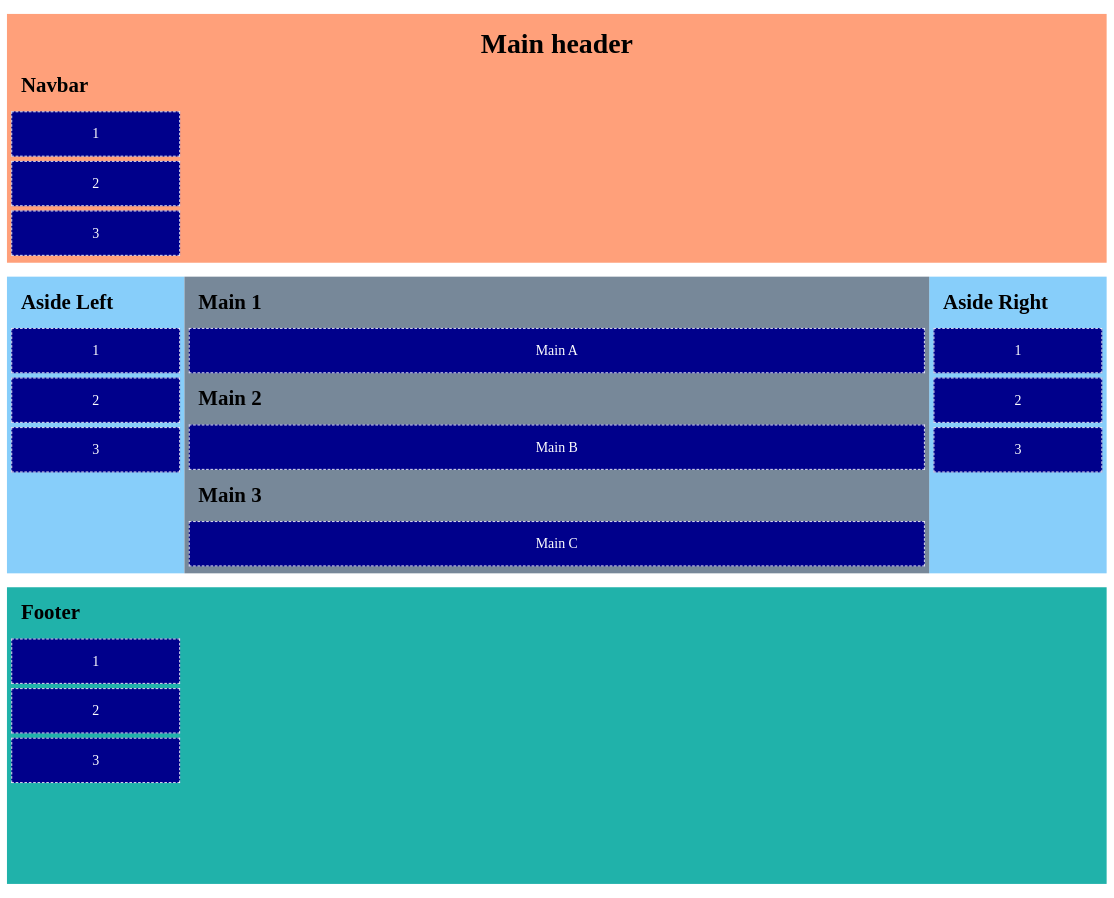
Repository: Colo-Codes/code-practice
Page: 02-css-practice-11-RWD.html
These files come from the project's save history. The page is drawn as it stood at one moment and after a run of saves; the edit follows.
The browser window is 1280 px wide. The pictures show the whole page, at 87% of full size.

Above is the page before, as saved 2021-06-07 09:19:52.

### 02-css-practice-11-RWD.html
<!DOCTYPE html>
<html lang="en">

<head>
    <meta charset="UTF-8">
    <meta http-equiv="X-UA-Compatible" content="IE=edge">
    <meta name="viewport" content="width=device-width, initial-scale=1.0">
    <title>Grid</title>
    <style>
        body * {
            margin: .5rem 0;
        }

        header {
            background-color: lightsalmon;
        }

        h1 {
            text-align: center;
        }

        aside {
            background-color: lightskyblue;
        }

        main {
            background-color: lightslategray;
        }

        footer {
            background-color: lightseagreen;
        }

        .div-box {
            width: 10rem;
            display: block;
            background-color: darkblue;
            color: white;
            text-align: center;
            border: 1px dashed white;
            padding: 1rem;
            margin: 5px;
        }

        h1,
        h2 {
            margin: 1rem;
        }

        .main-boxes {
            width: auto;
        }

        /* Grids */
        body {
            display: grid;
            grid-template-columns: 1fr 5fr 1fr;
            grid-template-rows: .2fr 1fr 1fr;
            grid-template-areas:
                "header header header"
                "left main right"
                "footer footer footer";
        }

        header {
            grid-area: header;
        }

        #aside-left {
            grid-area: left;
        }

        #aside-right {
            grid-area: right;
        }

        main {
            grid-area: main;
        }

        footer {
            grid-area: footer;
        }
    </style>
</head>

<body>
    <header>
        <h1>Main header</h1>
        <nav>
            <h2>Navbar</h2>
            <div id="flex-container-nav">
                <div class="nav-boxes div-box">1</div>
                <div class="nav-boxes div-box">2</div>
                <div class="nav-boxes div-box">3</div>
            </div>
        </nav>
    </header>
    <aside id="aside-left">
        <h2>Aside Left</h2>
        <div class="aside-boxes div-box">1</div>
        <div class="aside-boxes div-box">2</div>
        <div class="aside-boxes div-box">3</div>
    </aside>
    <aside id="aside-right">
        <h2>Aside Right</h2>
        <div class="aside-boxes div-box">1</div>
        <div class="aside-boxes div-box">2</div>
        <div class="aside-boxes div-box">3</div>
    </aside>
    <main>
        <section>
            <h2>Main 1</h2>
            <div class="main-boxes div-box">Main A</div>
        </section>
        <section>
            <h2>Main 2</h2>
            <div class="main-boxes div-box">Main B</div>
        </section>
        <section>
            <h2>Main 3</h2>
            <div class="main-boxes div-box">Main C</div>
        </section>
    </main>
    <footer>
        <h2>Footer</h2>
        <div id="flex-container-footer">
            <div class="footer-boxes div-box">1</div>
            <div class="footer-boxes div-box">2</div>
            <div class="footer-boxes div-box">3</div>
        </div>
    </footer>
</body>

</html>

After the next 3 saves:
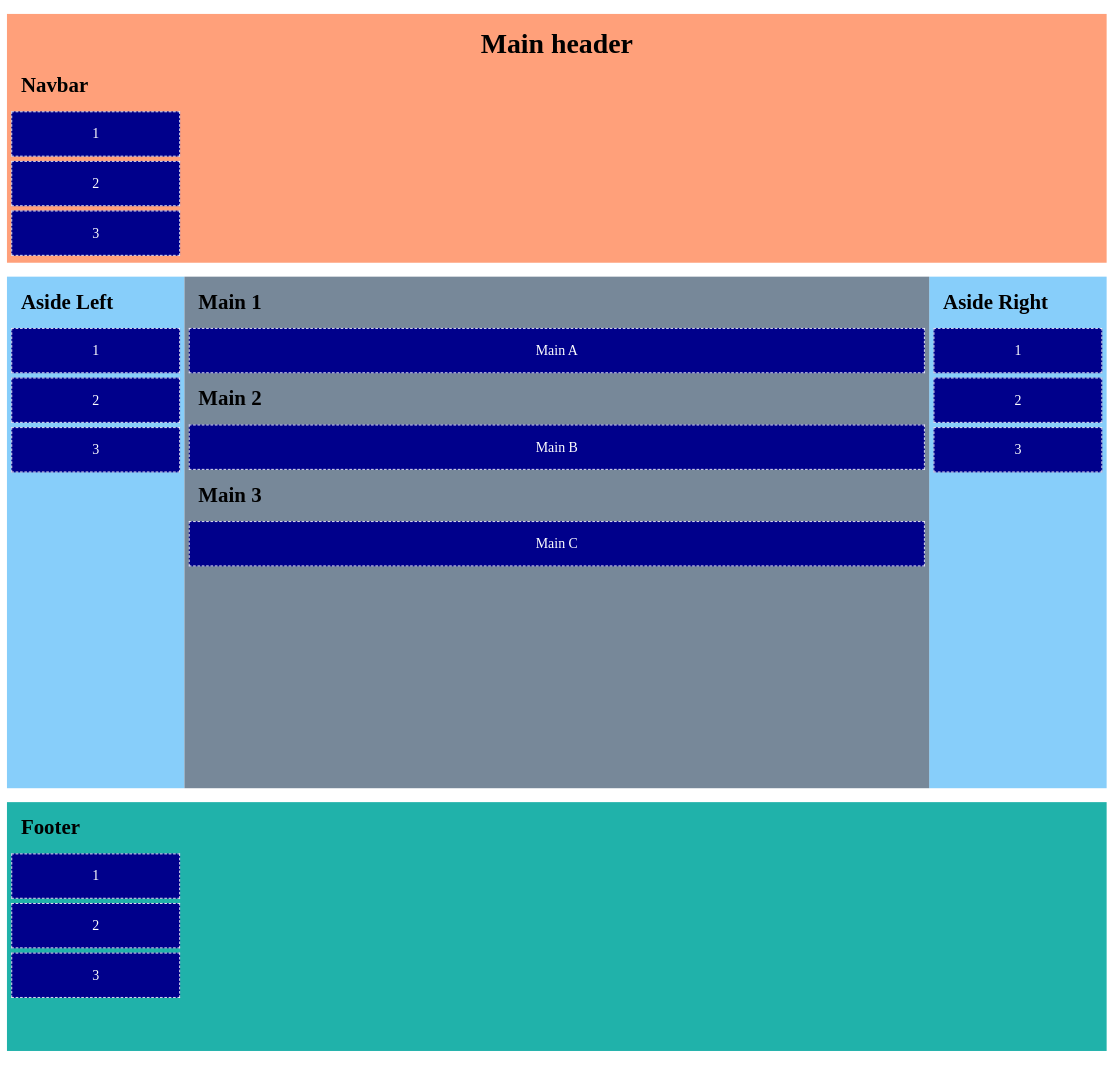
The 3 saves are shown as one change because they came seconds apart.
The last was saved 11 s later.
--- a/02-css-practice-11-RWD.html
+++ b/02-css-practice-11-RWD.html
@@ -55,7 +55,7 @@
         body {
             display: grid;
             grid-template-columns: 1fr 5fr 1fr;
-            grid-template-rows: .2fr 1fr 1fr;
+            grid-template-rows: 0.1fr 2fr 1fr;
             grid-template-areas:
                 "header header header"
                 "left main right"
